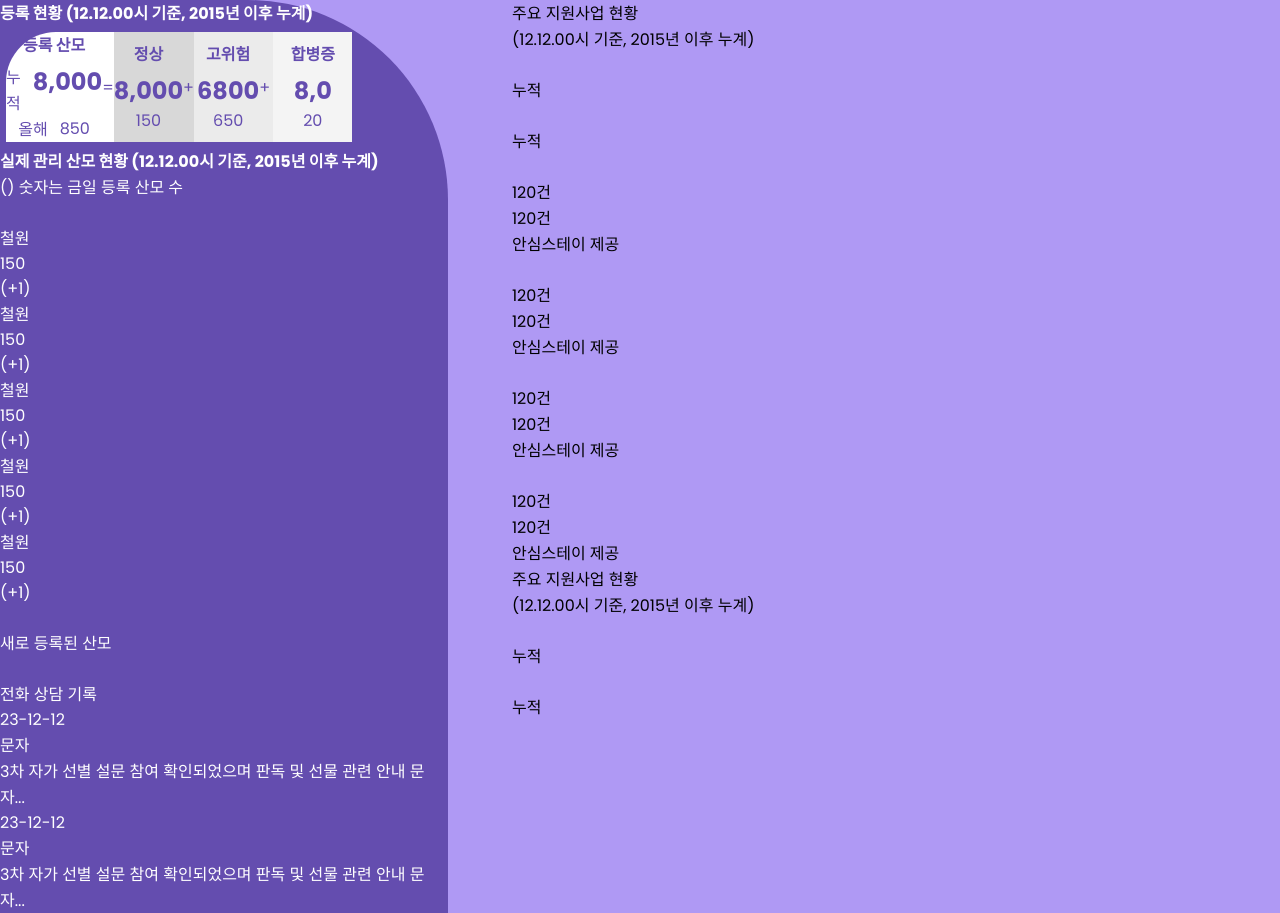
Repository: giapchicuong/Perganancy_Web
Page: index.html
These files come from the project's save history. The page is drawn as it stood at one moment and after the next save; the edit follows.
The browser window is 1280 px wide. The pictures show the whole page.

Above is the page before, as saved 2024-03-06 13:49:52.

After the next save:
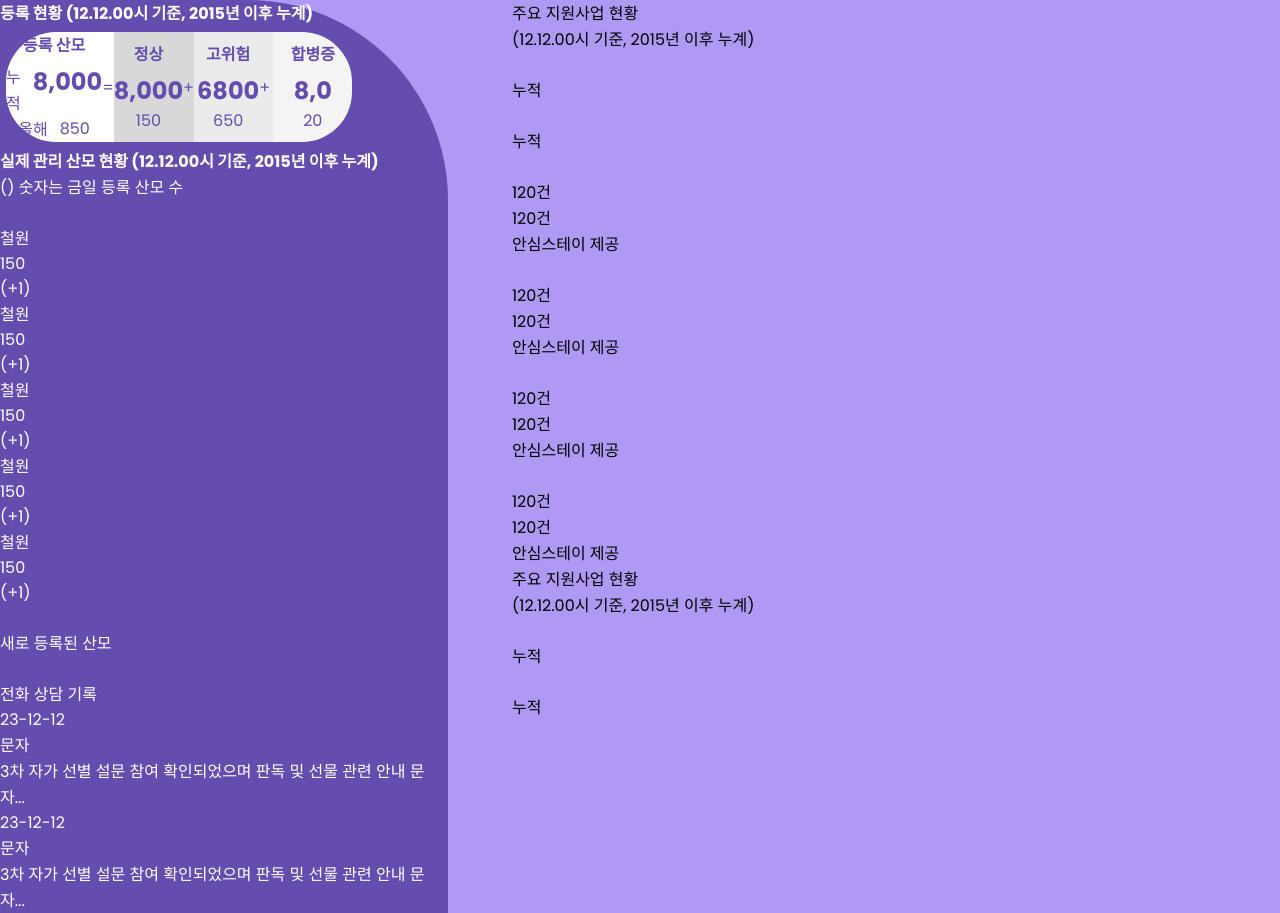
Saved 107 s later.
--- a/assets/style.css
+++ b/assets/style.css
@@ -33,6 +33,7 @@
     background-color: var(--white);
     color: var(--primary);
     border-top-left-radius: 50px;
+    border-bottom-left-radius: 50px;
 }
 .advertising-left__item2 {
     display: flex;
@@ -57,12 +58,13 @@
 .advertising-left__item4 {
     display: flex;
     flex-grow: 2;
-    /* flex-direction: column; */
     justify-content: center;
     align-items: center;
     width: 50%;
     background-color: var(--gray3);
-    color: var(--primary)
+    color: var(--primary);
+    border-top-right-radius: 50px;
+    border-bottom-right-radius: 50px;
 }
 .advertising-left__item--signal{
     display: flex;
